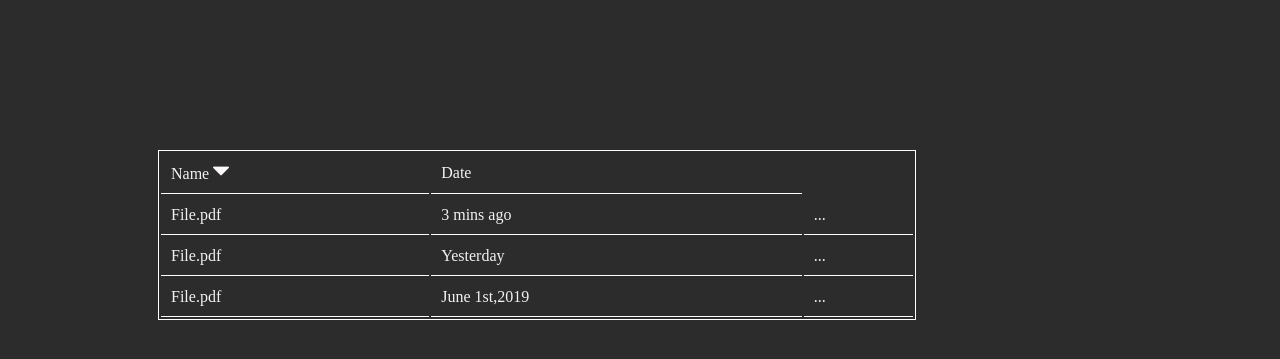
Repository: batonAnton/Hw5-table
Page: index.html
An editor plug-in stored every save of this project. The page is shown before and after the next save, followed by the edit.
The browser window is 1280 px wide. The pictures show the whole page.

Above is the page before, as saved 2022-06-11 16:16:02.

### index.html
<!DOCTYPE html>
<html lang="en">
<head>
    <meta charset="UTF-8">
    <meta http-equiv="X-UA-Compatible" content="IE=edge">
    <meta name="viewport" content="width=device-width, initial-scale=1.0">
    <title>Lecture 5</title>
    <link rel="stylesheet" href="css/style.css">
</head>
<body>
    <table>
        <tr>
            <td>Name <img src="image/down-filled-triangular-arrow.png" alt="down-filled-triangular-arrow"></td>
            <td>Date</td>
        </tr>
        <tr>
            <td>File.pdf</td>
            <td>3 mins ago</td>
            <td>...</td>
        </tr>

        <tr>
            <td>File.pdf</td>
            <td>Yesterday</td>
            <td>...</td>
        </tr>

        <tr>
            <td>File.pdf</td>
            <td>June 1st,2019</td>
            <td>...</td>
        </tr>
    </table>
</body>
</html>

### css/style.css
body {
  background-color: rgb(44, 44, 44);
  color: rgb(242, 242, 242);
}

table{
    border: 1px solid #fff;
    margin: 150px;
    width: 60%;
}

td{
    border-bottom: 1px solid #fff;
    padding: 10px;
}

After the next save:
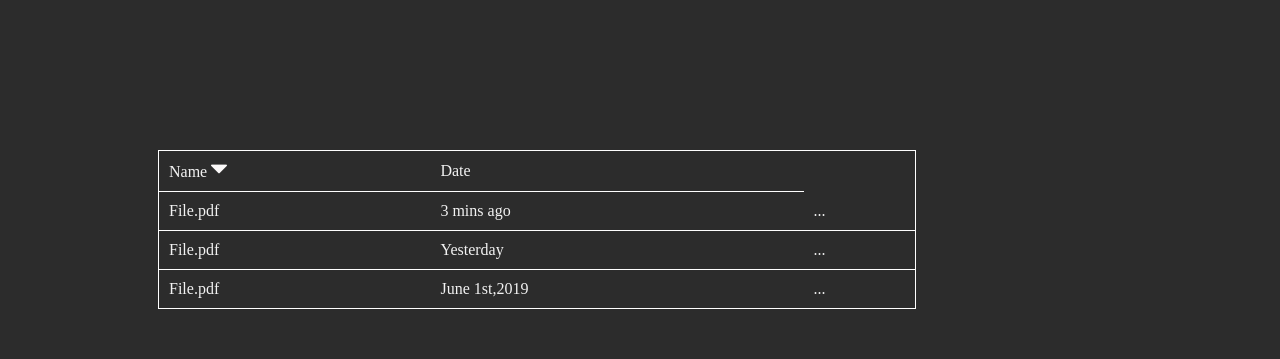
Saved 2 days later.
--- a/css/style.css
+++ b/css/style.css
@@ -7,6 +7,8 @@
     border: 1px solid #fff;
     margin: 150px;
     width: 60%;
+    border-collapse: collapse;
+  border-spacing: 0;
 }
 
 td{
